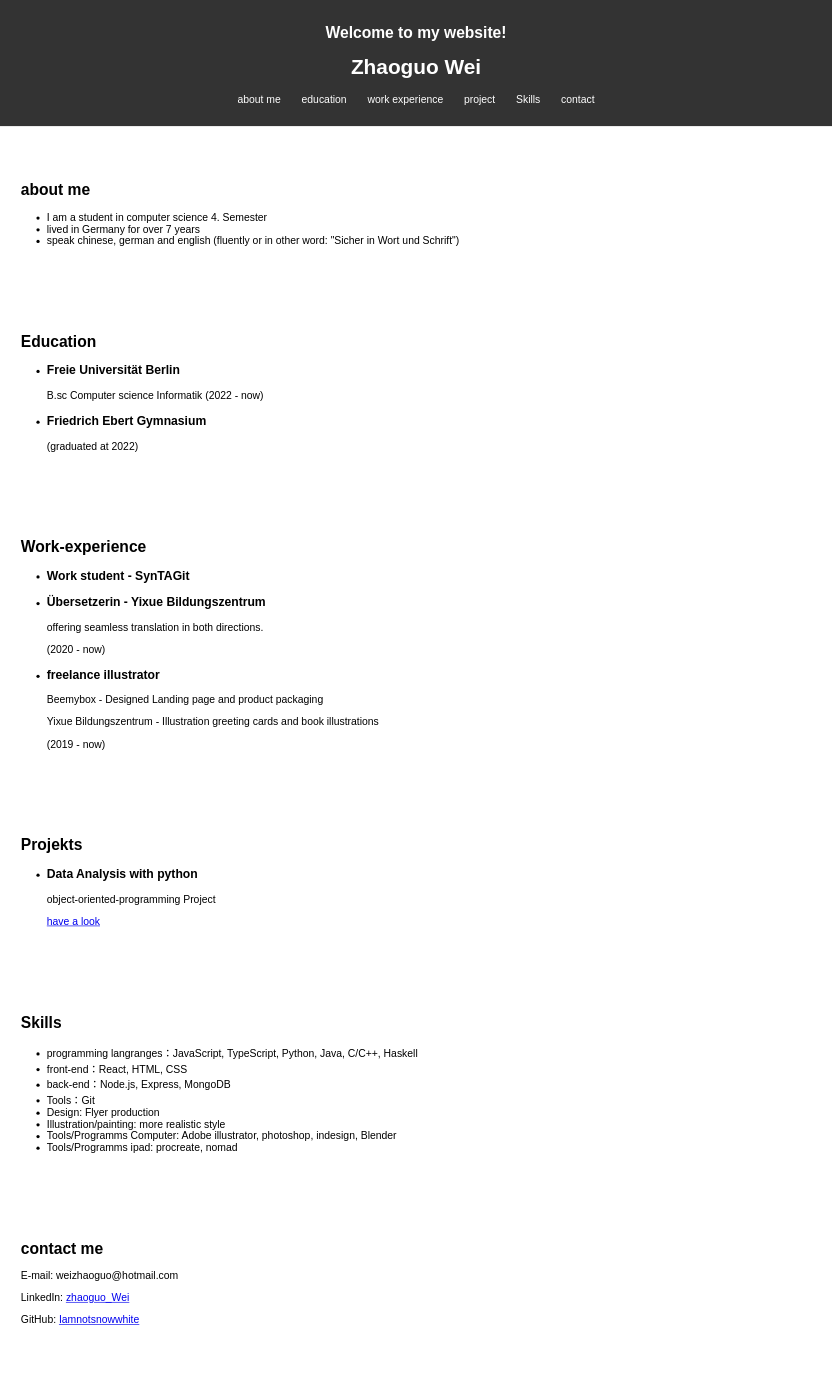
Repository: Iamnotsnowwhite/my-resume
Page: /
An editor plug-in stored every save of this project. The page is shown before and after a run of saves, followed by the edit.
The browser window is 1280 px wide. The pictures show the whole page, at 65% of full size.
The project was rebuilt for these pictures with package versions that can differ from the ones it lists, and the page was loaded fresh each time.

Above is the page before, as saved 2024-08-04 17:00:52.

### src/index.css
body {
  font-family: Arial, sans-serif;
  margin: 0;
  padding: 0;
}

header {
  background-color: #333;
  color: #fff;
  padding: 1em 0;
  text-align: center;
}

header nav ul {
  list-style: none;
  padding: 0;
}

header nav ul li {
  display: inline;
  margin: 0 1em;
}

header nav ul li a {
  color: #fff;
  text-decoration: none;
}

section {
  padding: 2em;
  margin: 2em 0;
}

footer {
  text-align: center;
  padding: 1em 0;
  background-color: #333;
  color: #fff;
}

### src/App.tsx
import React from 'react';
import Header from './components/Header';
import About from './components/About';
import Education from './components/Education';
import Experience from './components/Experience';
import Projects from './components/Projects';
import Skills from './components/Skills';
import Contact from './components/Contact';

const App: React.FC = () => {
  return (
    <div>
      <Header />
      <About />
      <Education />
      <Experience />
      <Projects />
      <Skills />
      <Contact />
    </div>
  );
};

export default App;

### src/components/Header.tsx
import React from 'react';
// import logo from '/Users/guoguo/Desktop/my-resume/src/未命名作品.png'; // maybe a picture from me...

const Header: React.FC = () => {
  return (
    <header>
      {/* <img src={} alt="Logo" /> */}
      <h2>Welcome to my website!</h2>
      <h1>Zhaoguo Wei</h1>
      <nav>
        <ul>
          <li><a href="about_me.html">about me</a></li>
          <li><a href="#education">education</a></li>
          <li><a href="#experience">work experience</a></li>
          <li><a href="#projects">project</a></li>
          <li><a href="#skills">Skills</a></li>
          <li><a href="#contact">contact</a></li>
        </ul>
      </nav>
    </header>
  );
};

export default Header;

### src/components/About.tsx
import React from 'react';

const About: React.FC = () => {
  return (
    <section id="about">
      <h2>about me</h2>
      <ul>
      <li>I am a student in computer science 4. Semester</li>
      <li>lived in Germany for over 7 years</li>
      <li>speak chinese, german and english (fluently or in other word: "Sicher in Wort und Schrift")</li>
      {/* <li></li> */}
      </ul>
      <></>
    </section>
  );
};

export default About;

### src/components/Education.tsx
import React from 'react';

const Education: React.FC = () => {
  return (
    <section id="education">
      <h2>Education</h2>
      <ul>
        <li>
          <h3>Freie Universität Berlin</h3>
          <p> B.sc Computer science Informatik (2022 - now)</p>
        </li>
        <li>
          <h3>Friedrich Ebert Gymnasium</h3>
          <p>(graduated at 2022)</p>
        </li>
      </ul>
    </section>
  );
};

export default Education;

### src/components/Experience.tsx
import React from 'react';

const Experience: React.FC = () => {
  return (
    <section id="experience">
      <h2>Work-experience</h2>
      <ul>
        <li>
          <h3>Work student - SynTAGit</h3>
        </li>
        <li>
          <h3>Übersetzerin - Yixue Bildungszentrum</h3>
          <p> offering seamless translation in both directions.</p>
          <p>(2020 - now)</p>
        </li>
        <li>
          <h3>freelance illustrator</h3>
          <p>Beemybox - Designed Landing page and product packaging </p>
          <p>Yixue Bildungszentrum - Illustration greeting cards and book illustrations</p>
          <p>(2019 - now)</p>
        </li>
      </ul>
    </section>
  );
};

export default Experience;

### src/components/Projects.tsx
import React from 'react';

const Projects: React.FC = () => {
  return (
    <section id="projects">
      <h2>Projekts</h2>
      <ul>
        <li>
          <h3>Data Analysis with python</h3>
          <p>object-oriented-programming Project</p>
          <a href="there is nothing!">have a look</a>
        </li>
        {/* <li>
          <h3>在线聊天室</h3>
          <p>一个基于WebSocket的实时聊天应用，支持多人聊天和私聊。</p>
          <a href="https://github.com/yourusername/chat-project">查看项目</a>
        </li> */}
      </ul>
    </section>
  );
};

export default Projects;

### src/components/Skills.tsx
import React from 'react';

const Skills: React.FC = () => {
  return (
    <section id="skills">
      <h2>Skills</h2>
      <ul>
        <li>programming langranges：JavaScript, TypeScript, Python, Java, C/C++, Haskell</li>
        <li>front-end：React, HTML, CSS</li>
        <li>back-end：Node.js, Express, MongoDB</li>
        <li>Tools：Git</li>
        <li>Design: Flyer production</li>
        <li>Illustration/painting: more realistic style</li>
        <li>Tools/Programms Computer: Adobe illustrator, photoshop, indesign, Blender</li>
        <li>Tools/Programms ipad: procreate, nomad</li>
      </ul>
    </section>
  );
};

export default Skills;

### src/components/Contact.tsx
import React from 'react';

const Contact: React.FC = () => {
  return (
    <section id="contact">
      <h2>contact me</h2>
      <p>E-mail: weizhaoguo@hotmail.com</p>
      <p>LinkedIn: <a href="https://www.linkedin.com/in/zhaoguo-wei-282473306">zhaoguo_Wei</a></p>
      <p>GitHub: <a href="https://github.com/Iamnotsnowwhite">Iamnotsnowwhite</a></p>
    </section>
  );
};

export default Contact;

Loaded but not shown: public/index.html (common file); src/index.tsx (common file)

After the next 4 saves:
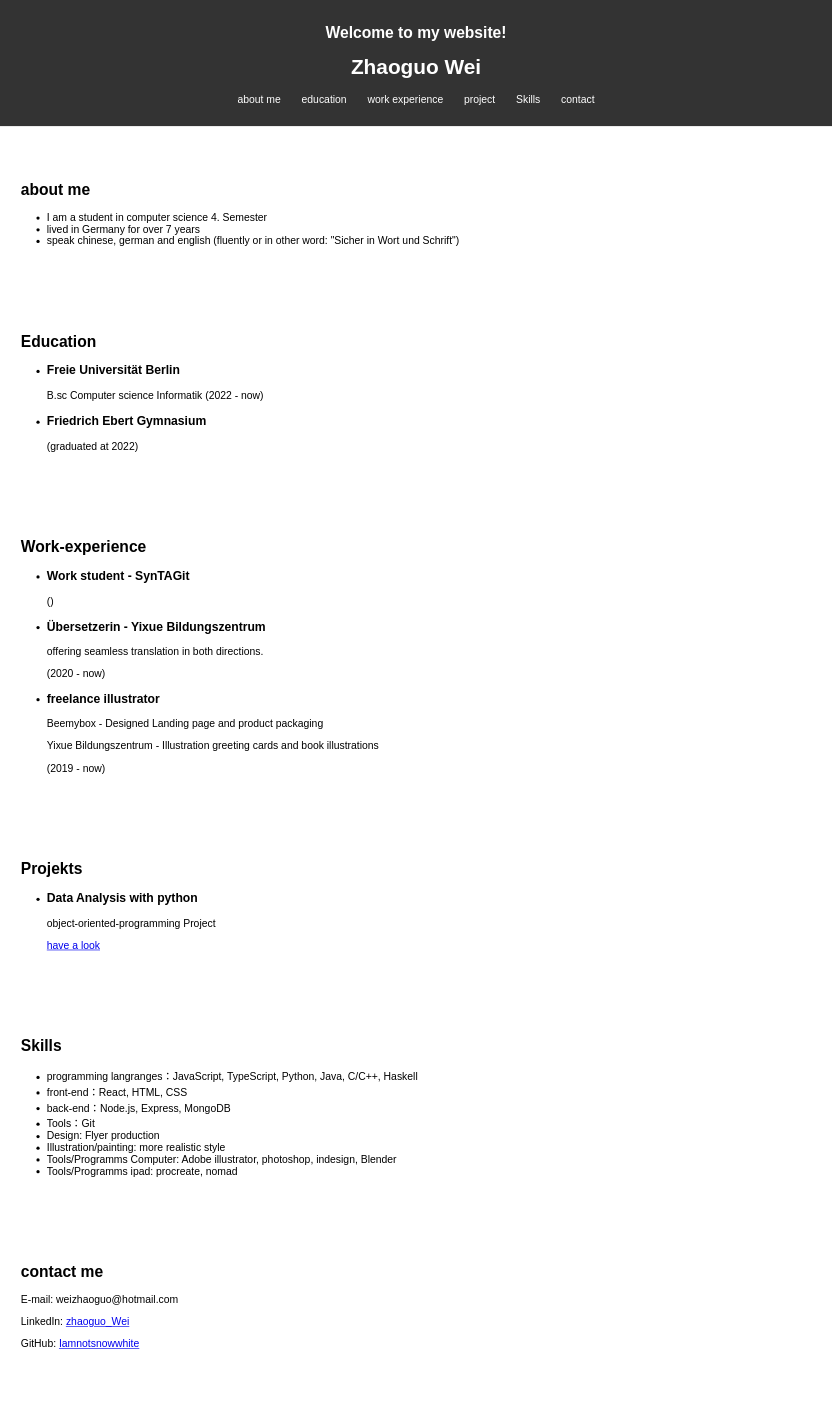
The 4 saves are shown as one change because they came seconds apart.
The last was saved 11 s later.
--- a/src/components/Experience.tsx
+++ b/src/components/Experience.tsx
@@ -7,6 +7,7 @@
       <ul>
         <li>
           <h3>Work student - SynTAGit</h3>
+          ()
         </li>
         <li>
           <h3>Übersetzerin - Yixue Bildungszentrum</h3>
